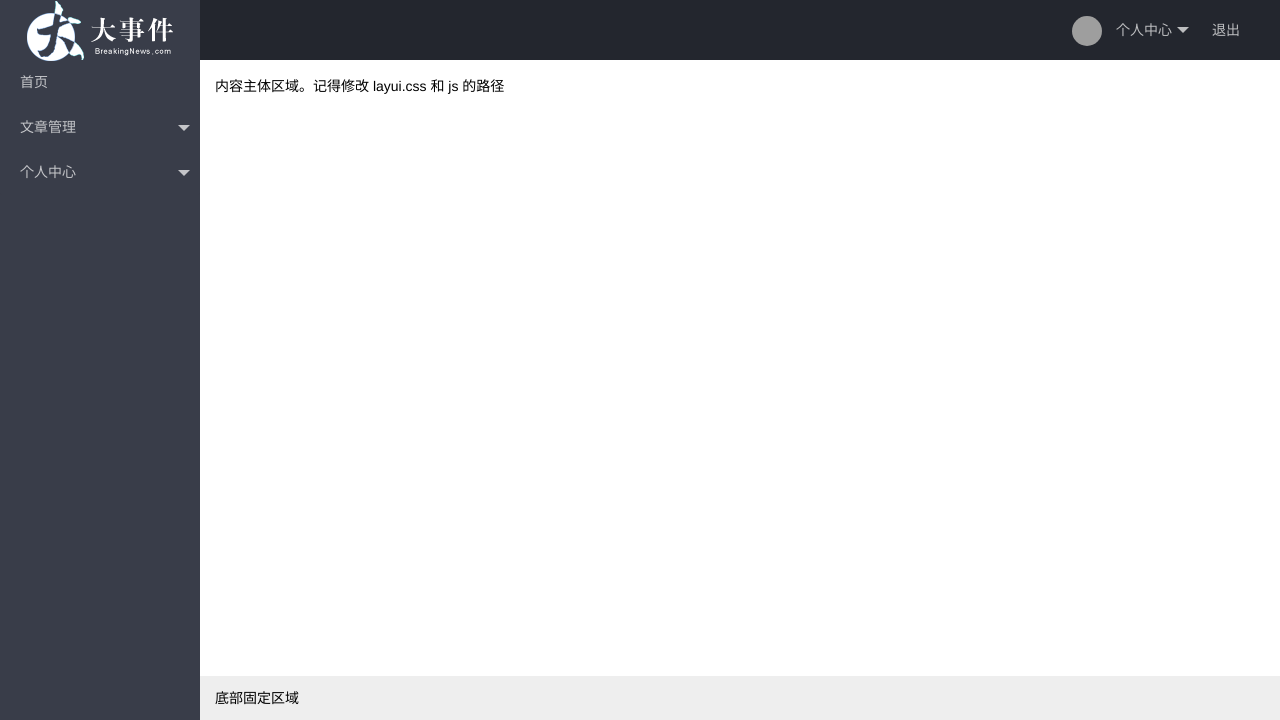
Repository: Yaoshuyi1999/code
Page: index.html
These files come from the project's save history. The page is drawn as it stood at one moment and after a run of saves; the edit follows.
The browser window is 1280 px wide. The pictures show the whole page.
Pictures or frames that could not be fetched are drawn as grey boxes.

Above is the page before, as saved 2022-06-09 16:48:21.

### index.html
<!DOCTYPE html>
<html lang="en">
  <head>
    <meta charset="UTF-8" />
    <meta http-equiv="X-UA-Compatible" content="IE=edge" />
    <meta name="viewport" content="width=device-width, initial-scale=1.0" />
    <title>Document</title>
    <link rel="stylesheet" href="/assets/lib/layui/css/layui.css" />
  </head>
  <body>
    <div class="layui-layout layui-layout-admin">
      <div class="layui-header">
        <div class="layui-logo layui-hide-xs layui-bg-black">
          <img src="/assets/images/logo.png" alt="" />
        </div>

        <ul class="layui-nav layui-layout-right">
          <li class="layui-nav-item layui-hide layui-show-md-inline-block">
            <a href="javascript:;">
              <img
                src="//tva1.sinaimg.cn/crop.0.0.118.118.180/5db11ff4gw1e77d3nqrv8j203b03cweg.jpg"
                class="layui-nav-img"
              />
              个人中心
            </a>
            <dl class="layui-nav-child">
              <dd><a href="">基本资料</a></dd>
              <dd><a href="">更换头像</a></dd>
              <dd><a href="">重置密码</a></dd>
            </dl>
          </li>
          <li class="layui-nav-item" lay-header-event="menuRight" lay-unselect>
            <a href="javascript:;">退出</a>
          </li>
        </ul>
      </div>

      <div class="layui-side layui-bg-black">
        <div class="layui-side-scroll">
            <!-- 左侧导航区域（可配合layui已有的垂直导航） -->
            <ul class="layui-nav layui-nav-tree" lay-filter="test">
                <li class="layui-nav-item"><a href="">首页</a></li>
                <li class="layui-nav-item">
                    <a class="" href="javascript:;">文章管理</a>
                    <dl class="layui-nav-child">
                        <dd><a href="javascript:;">文章类别</a></dd>
                        <dd><a href="javascript:;">文章列表</a></dd>
                        <dd><a href="javascript:;">发布文章</a></dd>
                    </dl>
                </li>
                <li class="layui-nav-item">
                    <a href="javascript:;">个人中心</a>
                    <dl class="layui-nav-child">
                        <dd><a href="javascript:;">基本资料</a></dd>
                        <dd><a href="javascript:;">更换头像</a></dd>
                        <dd><a href="javascript:;">重置密码</a></dd>
                    </dl>
                </li>
            </ul>
        </div>
      </div>

      <div class="layui-body">
        <!-- 内容主体区域 -->
        <div style="padding: 15px">
          内容主体区域。记得修改 layui.css 和 js 的路径
        </div>
      </div>

      <div class="layui-footer">
        <!-- 底部固定区域 -->
        底部固定区域
      </div>
    </div>
    <script src="/assets/lib/layui/layui.all.js"></script>
  </body>
</html>

### assets/css/index.css
.layui-footer {
    text-align: center;
    font-size: 12px;
  }

Loaded but not shown: assets/lib/layui/css/layui.css (library); assets/lib/layui/layui.all.js (library); assets/lib/layui/css/modules/laydate/default/laydate.css (library); assets/lib/layui/css/modules/layer/default/layer.css (library); assets/lib/layui/css/modules/code.css (common file)

After the next 7 saves:
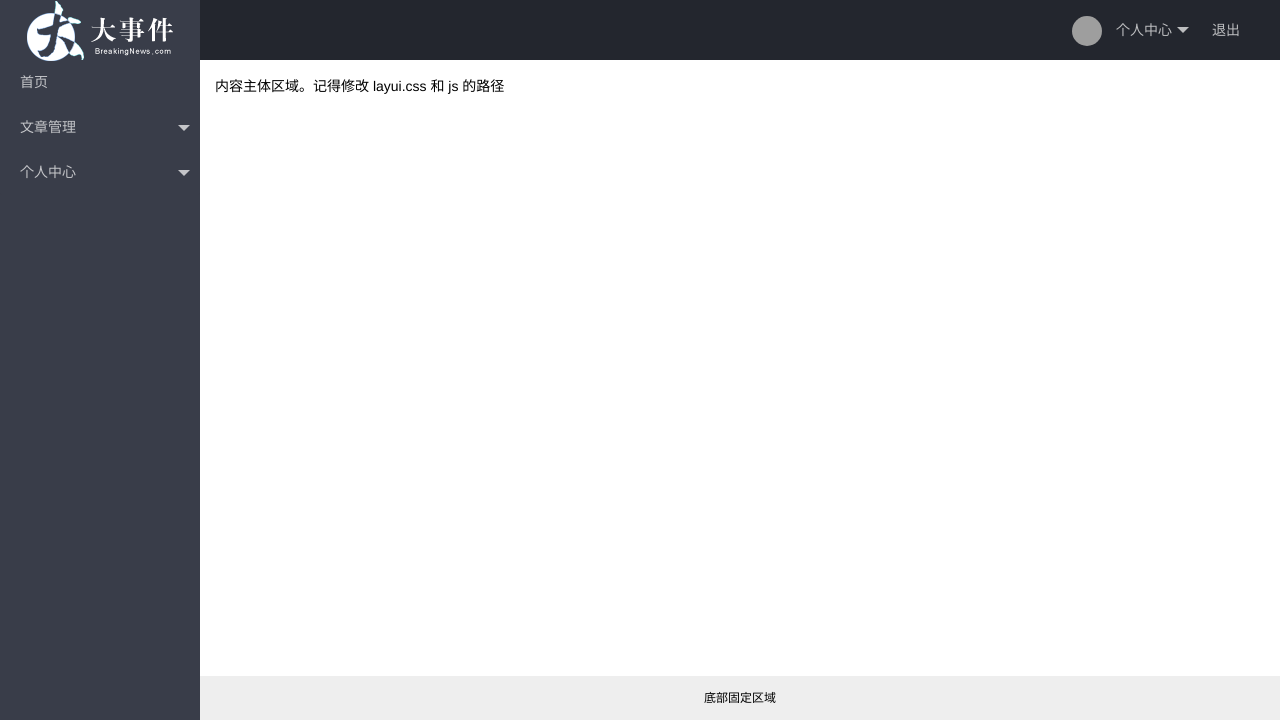
The 7 saves are shown as one change because they came seconds apart.
The last was saved 24 s later.
--- a/index.html
+++ b/index.html
@@ -6,6 +6,7 @@
     <meta name="viewport" content="width=device-width, initial-scale=1.0" />
     <title>Document</title>
     <link rel="stylesheet" href="/assets/lib/layui/css/layui.css" />
+    <link rel="stylesheet" href="/assets/css/index.css">
   </head>
   <body>
     <div class="layui-layout layui-layout-admin">
